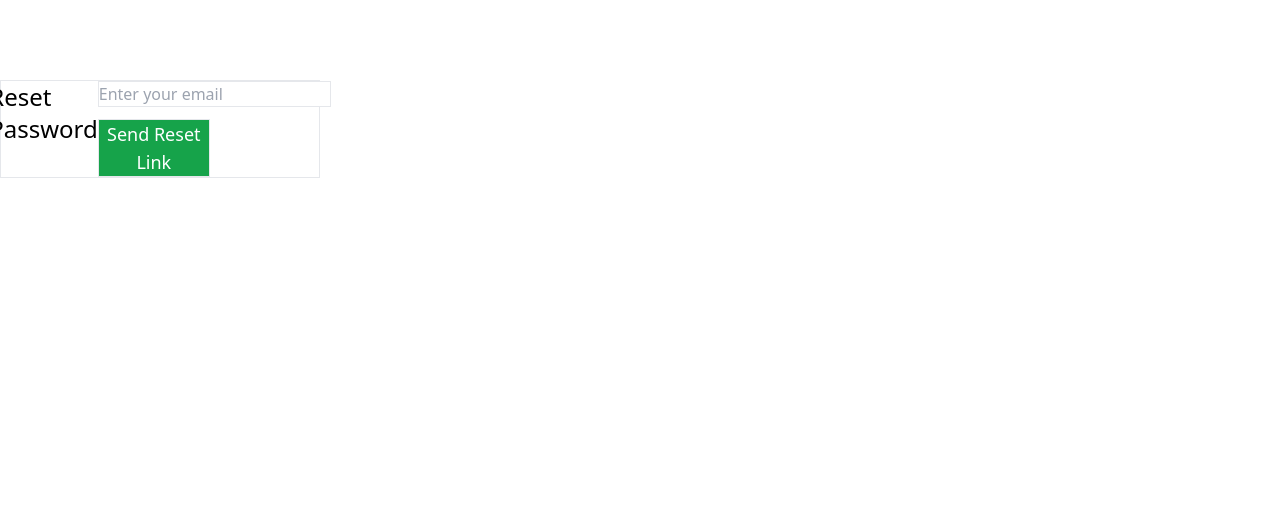
Repository: IssaMuiz/ifarmstock-admin
Page: /forgot-password
These files come from the project's save history. The page is drawn as it stood at one moment and after the next save; the edit follows.
The browser window is 1280 px wide. The pictures show the whole page.
The project was rebuilt for these pictures with package versions that can differ from the ones it lists, and the page was loaded fresh each time. The framework's server and built-in components were replaced by stand-ins that run in the browser. Also part of the build but not shown: next.config.mjs.

Above is the page before, as saved 2024-09-30 08:17:18.

After the next save:
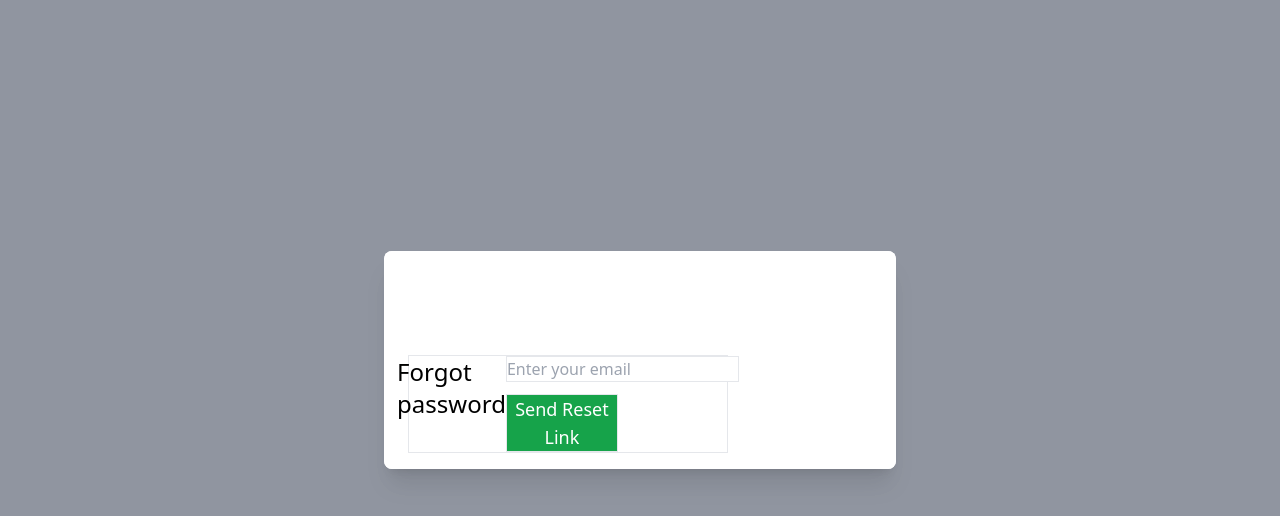
Saved 2 h 31 min later.
--- a/app/forgot-password/page.tsx
+++ b/app/forgot-password/page.tsx
@@ -27,26 +27,48 @@ const ForgotPassword = () => {
     }
   };
   return (
-    <div className="flex justify-center border w-80 mt-20">
-      <h2 className="text-2xl">Reset Password</h2>
-      <form className="flex flex-col gap-3" onSubmit={handleSubmit}>
-        <input
-          className="border"
-          type="email"
-          placeholder="Enter your email"
-          value={email}
-          onChange={(e) => setEmail(e.target.value)}
-          required
-        />
-        <button
-          className="border bg-green-600 hover:bg-green-700 w-28 text-white text-lg text-semibold"
-          type="submit"
-        >
-          {loading ? "Sending...." : "Send Reset Link"}
-        </button>
-      </form>
-      {message && <p>{message}</p>}
-    </div>
+    <main>
+      <div
+        className="relative z-10"
+        aria-labelledby="modal-title"
+        role="dialog"
+        aria-modal="true"
+      >
+        <div
+          className="fixed inset-0 bg-gray-500 bg-opacity-75 transition-opacity"
+          aria-hidden="true"
+        ></div>
+
+        <div className="fixed inset-0 z-10 w-screen overflow-y-auto">
+          <div className="flex min-h-full items-center justify-center p-4 text-center sm:items-center sm:p-0">
+            <div className="relative transform overflow-hidden rounded-lg bg-white text-left shadow-xl transition-all sm:my-8 sm:w-full sm:max-w-lg">
+              <div className="bg-white px-4 pb-4 pt-5 sm:p-6 sm:pb-4 flex flex-col ">
+                <div className="flex justify-center border w-80 mt-20">
+                  <h2 className="text-2xl">Forgot password</h2>
+                  <form className="flex flex-col gap-3" onSubmit={handleSubmit}>
+                    <input
+                      className="border"
+                      type="email"
+                      placeholder="Enter your email"
+                      value={email}
+                      onChange={(e) => setEmail(e.target.value)}
+                      required
+                    />
+                    <button
+                      className="border bg-green-600 hover:bg-green-700 w-28 text-white text-lg text-semibold"
+                      type="submit"
+                    >
+                      {loading ? "Sending...." : "Send Reset Link"}
+                    </button>
+                  </form>
+                  {message && <p>{message}</p>}
+                </div>
+              </div>
+            </div>
+          </div>
+        </div>
+      </div>
+    </main>
   );
 };
 
